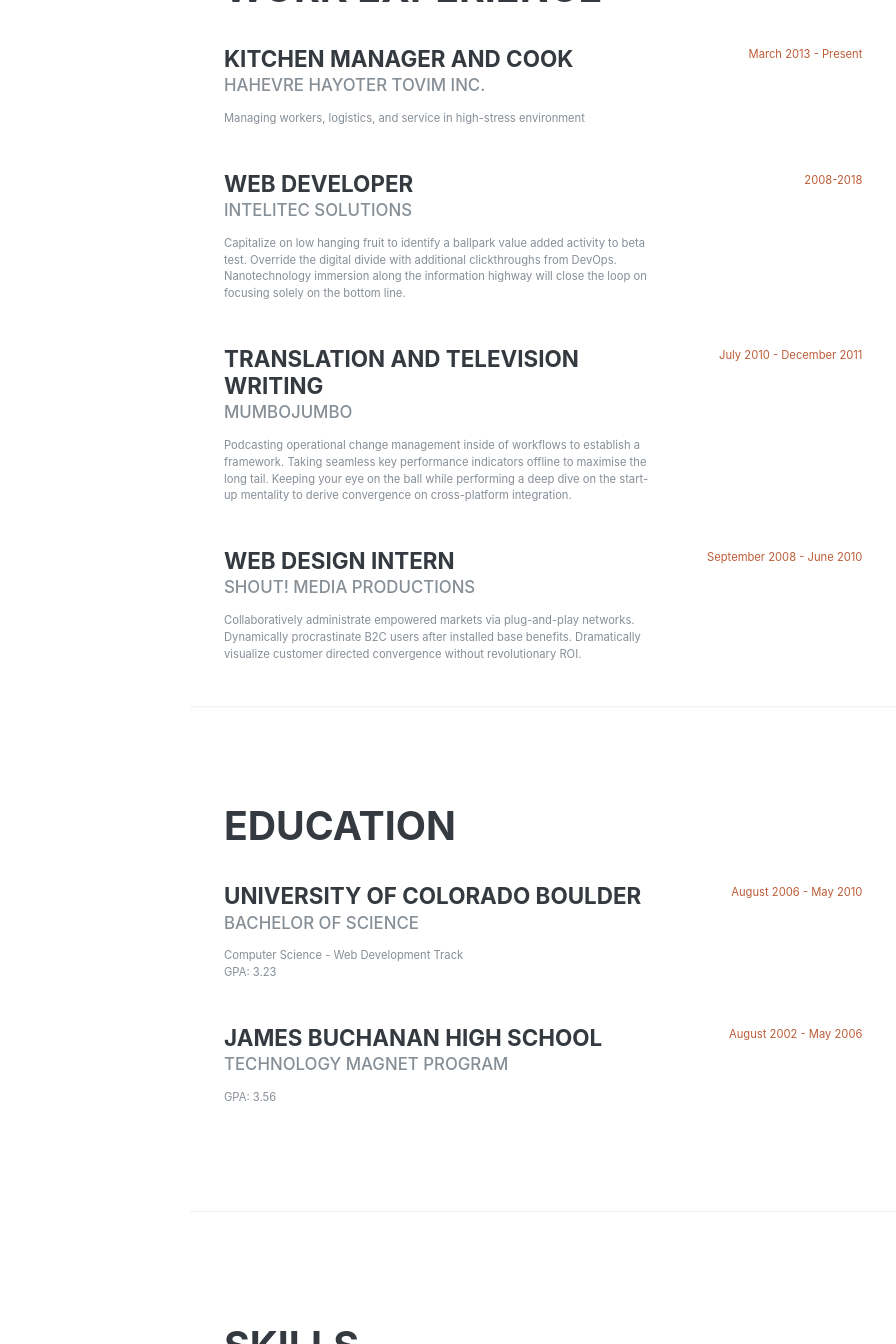
Repository: AlonGur/resume
Page: index.html
An editor plug-in stored every save of this project. The page is shown before and after the next save, followed by the edit.
The browser window is 1280 px wide. The pictures show the part of the page from y = 819 to 2739 px (the page is 4712 px tall before and 4462 px after), at 70% of full size.
Some web fonts or font styles are not loaded; a fallback is used.

Above is the page before, as saved 2019-06-07 15:46:12.

### index.html
<!DOCTYPE html>
<html lang="en">

<head>

  <meta charset="utf-8">
  <meta name="viewport" content="width=device-width, initial-scale=1, shrink-to-fit=no">
  <meta name="description" content="">
  <meta name="author" content="">

  <title>Resume - Start Bootstrap Theme</title>

  <!-- Bootstrap core CSS -->
  <link href="vendor/bootstrap/css/bootstrap.min.css" rel="stylesheet">

  <!-- Custom fonts for this template -->
  <link href="https://fonts.googleapis.com/css?family=Saira+Extra+Condensed:500,700" rel="stylesheet">
  <link href="https://fonts.googleapis.com/css?family=Muli:400,400i,800,800i" rel="stylesheet">
  <link href="vendor/fontawesome-free/css/all.min.css" rel="stylesheet">

  <!-- Custom styles for this template -->
  <link href="css/resume.min.css" rel="stylesheet">

</head>

<body id="page-top">

  <nav class="navbar navbar-expand-lg navbar-dark bg-primary fixed-top" id="sideNav">
    <a class="navbar-brand js-scroll-trigger" href="#page-top">
      <span class="d-block d-lg-none">Alon Gur</span>
      <span class="d-none d-lg-block">
        <img class="img-fluid img-profile rounded-circle mx-auto mb-2" src="img/profile.jpg" alt="">
      </span>
    </a>
    <button class="navbar-toggler" type="button" data-toggle="collapse" data-target="#navbarSupportedContent" aria-controls="navbarSupportedContent" aria-expanded="false" aria-label="Toggle navigation">
      <span class="navbar-toggler-icon"></span>
    </button>
    <div class="collapse navbar-collapse" id="navbarSupportedContent">
      <ul class="navbar-nav">
        <li class="nav-item">
          <a class="nav-link js-scroll-trigger" href="#about">About</a>
        </li>
        <li class="nav-item">
          <a class="nav-link js-scroll-trigger" href="#experience">Experience</a>
        </li>
        <li class="nav-item">
          <a class="nav-link js-scroll-trigger" href="#education">Education</a>
        </li>
        <li class="nav-item">
          <a class="nav-link js-scroll-trigger" href="#skills">Skills</a>
        </li>
        <li class="nav-item">
          <a class="nav-link js-scroll-trigger" href="#interests">Interests</a>
        </li>
        <li class="nav-item">
          <a class="nav-link js-scroll-trigger" href="#awards">Awards</a>
        </li>
      </ul>
    </div>
  </nav>

  <div class="container-fluid p-0">

    <section class="resume-section p-3 p-lg-5 d-flex align-items-center" id="about">
      <div class="w-100">
        <h1 class="mb-0">Alon
          <span class="text-primary">Gur</span>
        </h1>
        <div class="subheading mb-5">Dish to Web Developer
          <a href="mailto:name@email.com">gur.alon@gmail.com</a>
        </div>
        <p class="lead mb-5">This former kitchen cook and manager is trading in his knife for a keyboard! Dedicated hard-working team-player looking for his next challenge in life. Technologically and goal oriented, with an eye for detail, and a passion to develop in the development world.


        </p>
        <div class="social-icons">
          <a href="https://www.linkedin.com/in/GurAlon">
            <i class="fab fa-linkedin-in"></i>
          </a>
          <a href="www.github.com/AlonGur ">
            <i class="fab fa-github"></i>
          </a>
        </div>
      </div>
    </section>

    <hr class="m-0">

    <section class="resume-section p-3 p-lg-5 d-flex justify-content-center" id="experience">
      <div class="w-100">
        <h2 class="mb-5">Work Experience</h2>

        <div class="resume-item d-flex flex-column flex-md-row justify-content-between mb-5">
          <div class="resume-content">
            <h3 class="mb-0">Kitchen Manager and Cook</h3>
            <div class="subheading mb-3"> HaHevre HaYoter Tovim Inc.</div>
            <p> Managing workers, logistics, and service in high-stress environment</p>
          </div>
          <div class="resume-date text-md-right">
            <span class="text-primary">March 2013 - Present</span>
          </div>
        </div>

        <div class="resume-item d-flex flex-column flex-md-row justify-content-between mb-5">
          <div class="resume-content">
            <h3 class="mb-0">Web Developer</h3>
            <div class="subheading mb-3">Intelitec Solutions</div>
            <p>Capitalize on low hanging fruit to identify a ballpark value added activity to beta test. Override the digital divide with additional clickthroughs from DevOps. Nanotechnology immersion along the information highway will close the loop on focusing solely on the bottom line.</p>
          </div>
          <div class="resume-date text-md-right">
            <span class="text-primary">2008-2018</span>
          </div>
        </div>

        <div class="resume-item d-flex flex-column flex-md-row justify-content-between mb-5">
          <div class="resume-content">
            <h3 class="mb-0">Translation and Television Writing</h3>
            <div class="subheading mb-3">MumboJumbo</div>
            <p>Podcasting operational change management inside of workflows to establish a framework. Taking seamless key performance indicators offline to maximise the long tail. Keeping your eye on the ball while performing a deep dive on the start-up mentality to derive convergence on cross-platform integration.</p>
          </div>
          <div class="resume-date text-md-right">
            <span class="text-primary">July 2010 - December 2011</span>
          </div>
        </div>

        <div class="resume-item d-flex flex-column flex-md-row justify-content-between">
          <div class="resume-content">
            <h3 class="mb-0">Web Design Intern</h3>
            <div class="subheading mb-3">Shout! Media Productions</div>
            <p>Collaboratively administrate empowered markets via plug-and-play networks. Dynamically procrastinate B2C users after installed base benefits. Dramatically visualize customer directed convergence without revolutionary ROI.</p>
          </div>
          <div class="resume-date text-md-right">
            <span class="text-primary">September 2008 - June 2010</span>
          </div>
        </div>

      </div>

    </section>

    <hr class="m-0">

    <section class="resume-section p-3 p-lg-5 d-flex align-items-center" id="education">
      <div class="w-100">
        <h2 class="mb-5">Education</h2>

        <div class="resume-item d-flex flex-column flex-md-row justify-content-between mb-5">
          <div class="resume-content">
            <h3 class="mb-0">University of Colorado Boulder</h3>
            <div class="subheading mb-3">Bachelor of Science</div>
            <div>Computer Science - Web Development Track</div>
            <p>GPA: 3.23</p>
          </div>
          <div class="resume-date text-md-right">
            <span class="text-primary">August 2006 - May 2010</span>
          </div>
        </div>

        <div class="resume-item d-flex flex-column flex-md-row justify-content-between">
          <div class="resume-content">
            <h3 class="mb-0">James Buchanan High School</h3>
            <div class="subheading mb-3">Technology Magnet Program</div>
            <p>GPA: 3.56</p>
          </div>
          <div class="resume-date text-md-right">
            <span class="text-primary">August 2002 - May 2006</span>
          </div>
        </div>

      </div>
    </section>

    <hr class="m-0">

    <section class="resume-section p-3 p-lg-5 d-flex align-items-center" id="skills">
      <div class="w-100">
        <h2 class="mb-5">Skills</h2>

        <div class="subheading mb-3">Programming Languages &amp; Tools</div>
        <ul class="list-inline dev-icons">
          <li class="list-inline-item">
            <i class="fab fa-html5"></i>
          </li>
          <li class="list-inline-item">
            <i class="fab fa-css3-alt"></i>
          </li>
          <li class="list-inline-item">
            <i class="fab fa-js-square"></i>
          </li>
          <li class="list-inline-item">
            <i class="fab fa-angular"></i>
          </li>
          <li class="list-inline-item">
            <i class="fab fa-react"></i>
          </li>
          <li class="list-inline-item">
            <i class="fab fa-node-js"></i>
          </li>
          <li class="list-inline-item">
            <i class="fab fa-sass"></i>
          </li>
          <li class="list-inline-item">
            <i class="fab fa-less"></i>
          </li>
          <li class="list-inline-item">
            <i class="fab fa-wordpress"></i>
          </li>
          <li class="list-inline-item">
            <i class="fab fa-gulp"></i>
          </li>
          <li class="list-inline-item">
            <i class="fab fa-grunt"></i>
          </li>
          <li class="list-inline-item">
            <i class="fab fa-npm"></i>
          </li>
        </ul>

        <div class="subheading mb-3">Workflow</div>
        <ul class="fa-ul mb-0">
          <li>
            <i class="fa-li fa fa-check"></i>
            Mobile-First, Responsive Design</li>
          <li>
            <i class="fa-li fa fa-check"></i>
            Cross Browser Testing &amp; Debugging</li>
          <li>
            <i class="fa-li fa fa-check"></i>
            Cross Functional Teams</li>
          <li>
            <i class="fa-li fa fa-check"></i>
            Agile Development &amp; Scrum</li>
        </ul>
      </div>
    </section>

    <hr class="m-0">

    <section class="resume-section p-3 p-lg-5 d-flex align-items-center" id="interests">
      <div class="w-100">
        <h2 class="mb-5">Interests</h2>
        <p>Apart from being a web developer, I enjoy most of my time being outdoors. In the winter, I am an avid skier and novice ice climber. During the warmer months here in Colorado, I enjoy mountain biking, free climbing, and kayaking.</p>
        <p class="mb-0">When forced indoors, I follow a number of sci-fi and fantasy genre movies and television shows, I am an aspiring chef, and I spend a large amount of my free time exploring the latest technology advancements in the front-end web development world.</p>
      </div>
    </section>

    <hr class="m-0">

    <section class="resume-section p-3 p-lg-5 d-flex align-items-center" id="awards">
      <div class="w-100">
        <h2 class="mb-5">Awards &amp; Certifications</h2>
        <ul class="fa-ul mb-0">
          <li>
            <i class="fa-li fa fa-trophy text-warning"></i>
            Google Analytics Certified Developer</li>
          <li>
            <i class="fa-li fa fa-trophy text-warning"></i>
            Mobile Web Specialist - Google Certification</li>
          <li>
            <i class="fa-li fa fa-trophy text-warning"></i>
            1<sup>st</sup>
            Place - University of Colorado Boulder - Emerging Tech Competition 2009</li>
          <li>
            <i class="fa-li fa fa-trophy text-warning"></i>
            1<sup>st</sup>
            Place - University of Colorado Boulder - Adobe Creative Jam 2008 (UI Design Category)</li>
          <li>
            <i class="fa-li fa fa-trophy text-warning"></i>
            2<sup>nd</sup>
            Place - University of Colorado Boulder - Emerging Tech Competition 2008</li>
          <li>
            <i class="fa-li fa fa-trophy text-warning"></i>
            1<sup>st</sup>
            Place - James Buchanan High School - Hackathon 2006</li>
          <li>
            <i class="fa-li fa fa-trophy text-warning"></i>
            3<sup>rd</sup>
            Place - James Buchanan High School - Hackathon 2005</li>
        </ul>
      </div>
    </section>

  </div>

  <!-- Bootstrap core JavaScript -->
  <script src="vendor/jquery/jquery.min.js"></script>
  <script src="vendor/bootstrap/js/bootstrap.bundle.min.js"></script>

  <!-- Plugin JavaScript -->
  <script src="vendor/jquery-easing/jquery.easing.min.js"></script>

  <!-- Custom scripts for this template -->
  <script src="js/resume.min.js"></script>

</body>

</html>

Loaded but not shown: vendor/bootstrap/css/bootstrap.min.css (library); vendor/fontawesome-free/css/all.min.css (library); css/resume.min.css (library); vendor/jquery/jquery.min.js (library); vendor/bootstrap/js/bootstrap.bundle.min.js (library); vendor/jquery-easing/jquery.easing.min.js (common file); js/resume.min.js (common file)

After the next save:
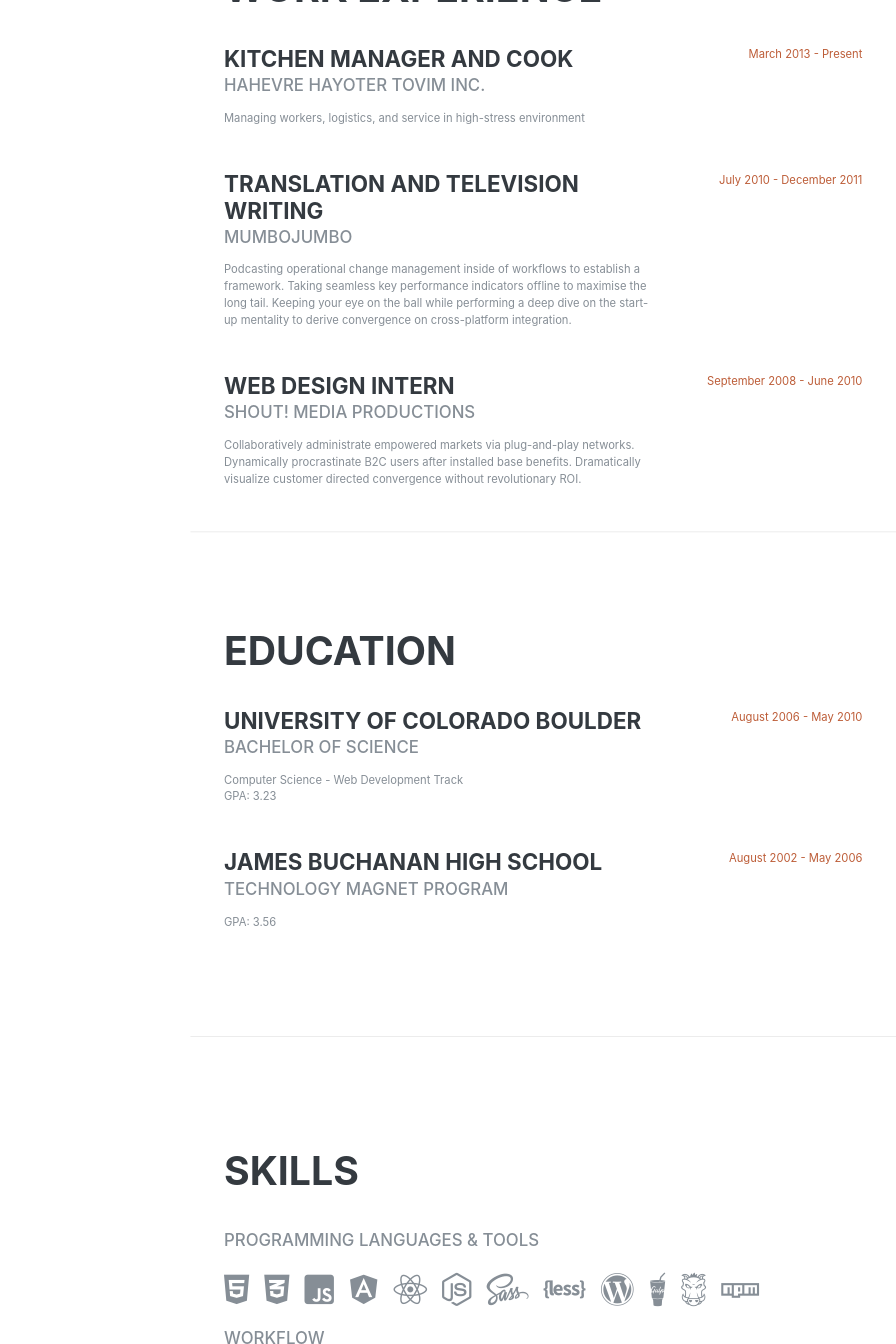
Saved 3 min 12 s later.
--- a/index.html
+++ b/index.html
@@ -103,17 +103,6 @@
 
         <div class="resume-item d-flex flex-column flex-md-row justify-content-between mb-5">
           <div class="resume-content">
-            <h3 class="mb-0">Web Developer</h3>
-            <div class="subheading mb-3">Intelitec Solutions</div>
-            <p>Capitalize on low hanging fruit to identify a ballpark value added activity to beta test. Override the digital divide with additional clickthroughs from DevOps. Nanotechnology immersion along the information highway will close the loop on focusing solely on the bottom line.</p>
-          </div>
-          <div class="resume-date text-md-right">
-            <span class="text-primary">2008-2018</span>
-          </div>
-        </div>
-
-        <div class="resume-item d-flex flex-column flex-md-row justify-content-between mb-5">
-          <div class="resume-content">
             <h3 class="mb-0">Translation and Television Writing</h3>
             <div class="subheading mb-3">MumboJumbo</div>
             <p>Podcasting operational change management inside of workflows to establish a framework. Taking seamless key performance indicators offline to maximise the long tail. Keeping your eye on the ball while performing a deep dive on the start-up mentality to derive convergence on cross-platform integration.</p>
